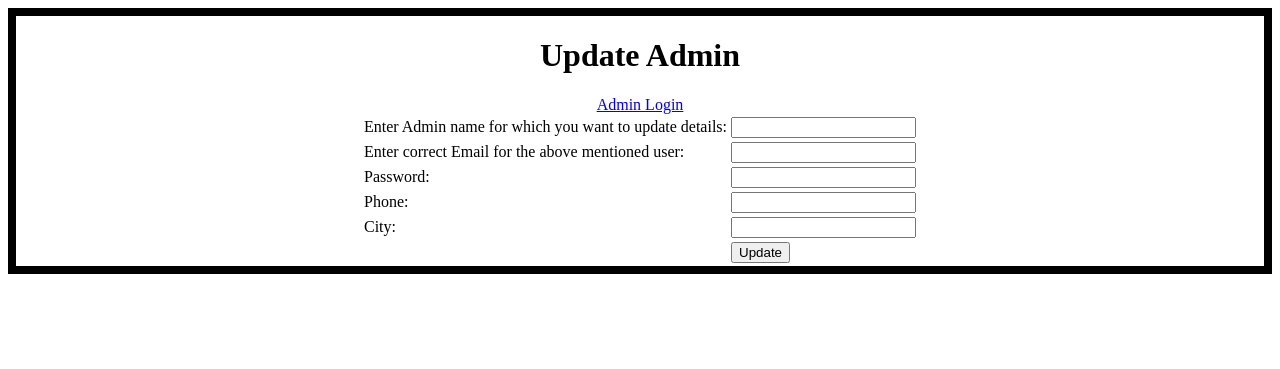
Repository: priyankagit8692/Phase_2_SimpliLearn-
Page: http://localhost/LearnerAcademyProject/AdminUpdate.jsp
These files come from the project's save history. The page is drawn as it stood at one moment and after the next save; the edit follows.
The browser window is 1280 px wide. The pictures show the whole page.
The page is served by Tomcat 9. Other server files are loaded and not shown.

Above is the page before, as saved 2021-03-20 15:46:47.

### FinalProjectPhase2/LearnerAcademyProject/WebContent/AdminUpdate.jsp
<%@ page language="java" contentType="text/html; charset=ISO-8859-1"
    pageEncoding="ISO-8859-1"%>
<!DOCTYPE html>
<html>
<head>
<meta charset="ISO-8859-1">
<title>Admin Update</title>
</head>
<body>
<div align='center' style='border: solid 8px black; height: 95%'>
    <h1>Update Admin</h1>
    <a href="AdminLogin.jsp">Admin Login</a>
    <form method="post" action="adminUpdate">
        <table>
             <tr>
                <td>Enter Admin name for which you want to update details:</td>
                <td><input type="text" name="adminName"></td>
            </tr>
            <tr>
                <td>Enter correct Email for the above mentioned user:</td>
                <td><input type="email" name="adminEmail"></td>
            </tr>
            <tr>
                <td>Password:</td>
                <td><input type="password" name="adminPassword"></td>
            </tr>
            <tr>
                <td>Phone:</td>
                <td><input type="text" name="adminPhone"></td>
            </tr>
            <tr>
                <td>City:</td>
                <td><input type="text" name="adminCity"></td>
            </tr>
            <tr>
                <td></td>
                <td>
                    <button type="submit">Update</button>
                </td>
            </tr>
        </table>
        <c:if test="${not empty msg}">
            <c:out value="${msg}"/>
        </c:if>

    </form>
</div>


</body>
</html>

After the next save:
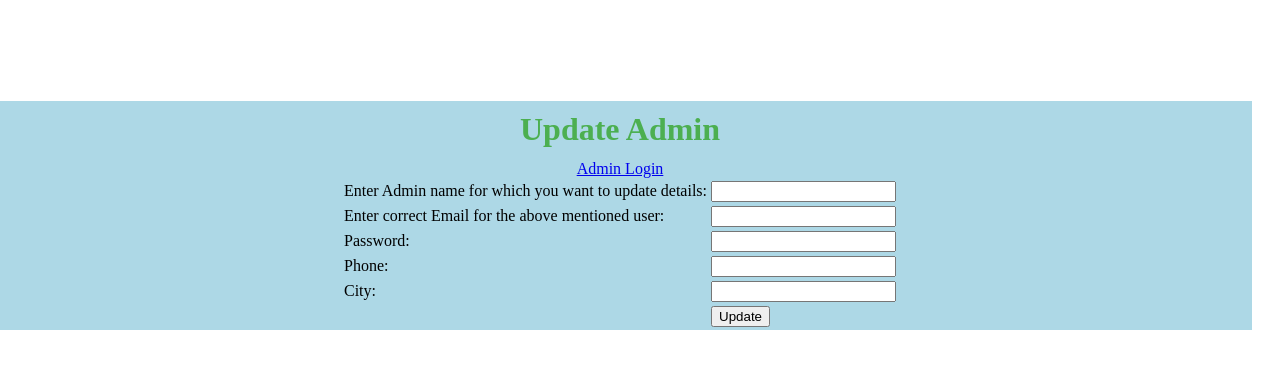
Saved 45 s later.
--- a/FinalProjectPhase2/LearnerAcademyProject/WebContent/AdminUpdate.jsp
+++ b/FinalProjectPhase2/LearnerAcademyProject/WebContent/AdminUpdate.jsp
@@ -5,9 +5,19 @@
 <head>
 <meta charset="ISO-8859-1">
 <title>Admin Update</title>
+<style type="text/css">
+div {
+  transform: translate(-20px,80px);
+  background-color: lightblue;
+}
+h1{
+  transform: translate(0px,10px);
+  color: #4CAF50;
+}
+</style>
 </head>
 <body>
-<div align='center' style='border: solid 8px black; height: 95%'>
+<div align='center'>
     <h1>Update Admin</h1>
     <a href="AdminLogin.jsp">Admin Login</a>
     <form method="post" action="adminUpdate">
